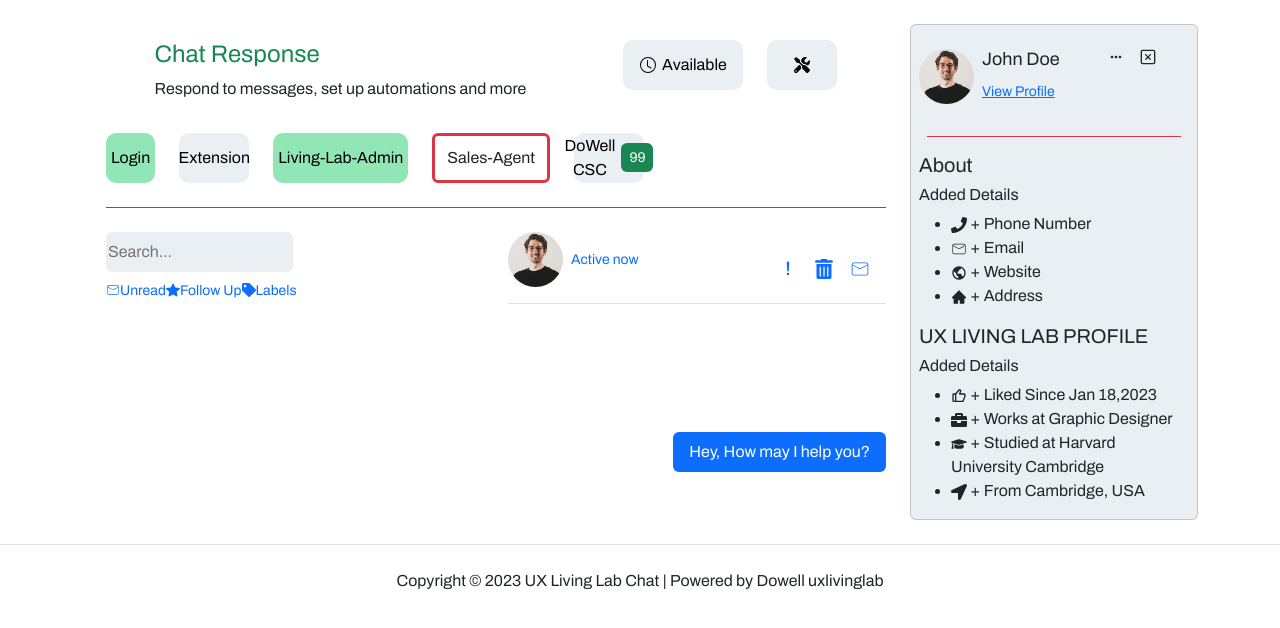
Repository: uh-sman/UX-Living-Lab-Chat
Page: /
An editor plug-in stored every save of this project. The page is shown before and after the next save, followed by the edit.
The browser window is 1280 px wide. The pictures show the whole page.
The project was rebuilt for these pictures with package versions that can differ from the ones it lists, and the page was loaded fresh each time.

Above is the page before, as saved 2023-05-10 18:53:34.

### public/index.html
<!DOCTYPE html>
<html lang="en">
  <head>
    <meta charset="utf-8" />
    <link rel="icon" href="%PUBLIC_URL%/favicon.ico" />
    <meta name="viewport" content="width=device-width, initial-scale=1" />
    <meta name="theme-color" content="#000000" />
    <meta
      name="description"
      content="Web site created using create-react-app"
    />
    <link rel="apple-touch-icon" href="%PUBLIC_URL%/logo192.png" />
    <!--
      manifest.json provides metadata used when your web app is installed on a
      user's mobile device or desktop. See https://developers.google.com/web/fundamentals/web-app-manifest/
    -->
    <link rel="manifest" href="%PUBLIC_URL%/manifest.json" />
    <!-- font awsome CDN -->

    <link
      rel="stylesheet"
      href="https://cdn.jsdelivr.net/npm/@fortawesome/fontawesome-free@6.2.1/css/fontawesome.min.css"
      integrity="sha384-QYIZto+st3yW+o8+5OHfT6S482Zsvz2WfOzpFSXMF9zqeLcFV0/wlZpMtyFcZALm"
      crossorigin="anonymous"
    />
    <!--
      Notice the use of %PUBLIC_URL% in the tags above.
      It will be replaced with the URL of the `public` folder during the build.
      Only files inside the `public` folder can be referenced from the HTML.

      Unlike "/favicon.ico" or "favicon.ico", "%PUBLIC_URL%/favicon.ico" will
      work correctly both with client-side routing and a non-root public URL.
      Learn how to configure a non-root public URL by running `npm run build`.
    -->
    <title>React App</title>
  </head>
  <body>
    <noscript>You need to enable JavaScript to run this app.</noscript>
    <div id="root"></div>
    <!--
      This HTML file is a template.
      If you open it directly in the browser, you will see an empty page.

      You can add webfonts, meta tags, or analytics to this file.
      The build step will place the bundled scripts into the <body> tag.

      To begin the development, run `npm start` or `yarn start`.
      To create a production bundle, use `npm run build` or `yarn build`.
    -->
  </body>
</html>

### src/index.css
* {
  text-decoration: none;
}

### src/App.js
import "./App.css";
import "bootstrap/dist/css/bootstrap.min.css";
import "bootstrap/dist/js/bootstrap.bundle.min";
import Container from "./container";
import Footer from "./container/Footer";
function App() {
  return (
    <div className="App">
      <Container />
      <Footer />
    </div>
  );
}

export default App;

### src/App.css
@import url("https://fonts.googleapis.com/css2?family=Archivo&display=swap");
:root {
  --header-color: #0d7813;
  /* --button-color :#00000;
  --button-color :#90E7B5; */
  --bg-color: #e9eff3;
  /* #90E7B5 */

  --font: "Archivo", sans-serif;
}

* {
  text-decoration: none;
  /* list-style: none; */
  font-family: "Archivo", sans-serif;
}

.body {
  font-family: "Archivo", sans-serif;
}
.header {
  color: var(--header-color);
  font-family: "Archivo", sans-serif;
}
.button {
  display: flex;
  align-items: center;
  background: var(--bg-color);
  justify-content: center;
  height: 50px;
  width: 120px;
  gap: 6px;
  border: none;
  border-radius: 10px;
}
.button2 {
  display: flex;
  align-items: center;
  background: var(--bg-color);
  justify-content: center;
  height: 50px;
  width: 70px;
  gap: 6px;
  border: none;
  border-radius: 10px;
}
.button3 {
  display: flex;
  align-items: center;
  background: #90e7b5;
  justify-content: center;
  height: 50px;
  max-width: contain;
  padding: 0px 5px;
  gap: 6px;
  border: none;
  border-radius: 10px;
}
.button4 {
  display: flex;
  align-items: center;
  background: #ff9898;
  justify-content: center;
  height: 50px;
  max-width: contain;
  padding: 0px 5px;
  gap: 6px;
  border: none;
  border-radius: 10px;
}
.image-style {
  width: 55px;
  height: 55px;
  border-radius: 500px;
}
.cardBody {
  background-color: var(--bg-color);
}
.input {
  border: var(--bg-color);
  /* align-items: ; */
  outline: none;
  background: var(--bg-color);
}

### src/container/index.js
import React from "react";
import ChatSection from "./ChatSection";
import DetailsSection from "./DetailsSection";
const Container = () => {
  return (
    <div className="container">
      <div className="d-flex justify-content-around my-4">
        <ChatSection />
        <div className="d-hidden d-md-block">
          <DetailsSection />
        </div>
      </div>
    </div>
  );
};

export default Container;

### src/container/Footer.jsx
import React from "react";

const Footer = () => {
  return (
    <div className=" border-top">
      <div className="d-flex justify-content-center my-4">
        <div className="d-flex align-items-center">
          <p>
            Copyright &copy; 2023 UX Living Lab Chat | Powered by Dowell
            uxlivinglab
          </p>
        </div>
      </div>
    </div>
  );
};

export default Footer;

### src/container/ChatSection.js
import React from "react";
import ChatHeader from "./ChatItems/ChatHeader";
import ProfileHead from "./Chats/message/ProfileHead";
import SearchBar from "./Chats/SearchBar";

const ChatSection = () => {
  return (
    <div className="container">
      <ChatHeader />
      {/* chats come here */}
      <div className="d-flex  flex-column flex-md-column flex-lg-row flex-xl-row flex-xxl-row my-2">
        <SearchBar />
        <ProfileHead />
      </div>
    </div>
  );
};

export default ChatSection;

### src/container/DetailsSection.jsx
import React from "react";
import user from "../assets/user.jpg";
import AboutDetails from "./Details/AboutDetails";
import DetailsSectionButton from "./DetailsSectionButton";
const DetailsSection = ({ title, about }) => {
  return (
    <div className="d-none d-md-block d-lg-block d-xl-block">
      <div
        className="card"
        style={{ width: "18rem", backgroundColor: "#e9eff3" }}
      >
        <div className="mx-2">
          <div className="d-flex gap-5 mt-4 ">
            <figure className="d-flex gap-2">
              <img src={user} className=" image-style" />
              <div className="">
                <h4 className="body fw-bold" style={{ fontSize: "18px" }}>
                  {title}
                </h4>
                <a href="" className="fw-bold" style={{ fontSize: "14px" }}>
                  View Profile
                </a>
              </div>
            </figure>
            <DetailsSectionButton />
          </div>
          <div className="border-bottom border-danger mx-2 my-3"></div>
          <div className=""></div>
          {/* DETAILS */}
          <AboutDetails />
        </div>
      </div>
    </div>
  );
};
DetailsSection.defaultProps = {
  title: "John Doe",
  about: "About",
};

export default DetailsSection;

### src/container/ChatItems/ChatHeader.jsx
import React from "react";
import Buttons from "./Buttons";
import HeaderButtons from "./HeaderButtons";

const ChatHeader = ({ title, caption }) => {
  return (
    <div className="container">
      <div className=" d-flex justify-content-around my-3">
        <header>
          <h1 className="header fs-4 fw-bold text-success">{title}</h1>
          <p className="fw-medium  Header-font">{caption}</p>
        </header>
        <HeaderButtons />
      </div>
      <Buttons />
      <div className="border-bottom border-success my-4"></div>
    </div>
  );
};

export default ChatHeader;
ChatHeader.defaultProps = {
  title: "Chat Response",
  caption: "Respond to messages, set up automations and more",
};

### src/container/Chats/message/ProfileHead.jsx
import React from "react";
import { FaTrashAlt } from "react-icons/fa";
import user from "../../../assets/user.jpg";
import ChatIcons from "./ChatIcons";
import Message from "./Message";
const ProfileHead = () => {
  return (
    <div className="container overflow-y-scroll">
      <div className="d-flex justify-content-between  align-items-center border-bottom">
        <figure className="d-flex gap-2 align-items-center">
          <img src={user} className=" image-style" />
          <div className="">
            {/* Status active now if true show active */}
            <small className="text-primary">Active now</small>
          </div>
        </figure>
        <ChatIcons />
      </div>
      <Message />
    </div>
  );
};

export default ProfileHead;

### src/container/Chats/SearchBar.jsx
import React from "react";
import { FaSearch } from "react-icons/fa";
import Icons from "./Icons";
// BsStarFill;
const SearchBar = () => {
  return (
    <div className="container">
      <div className="overflow-y-scroll">
        <form>
          <input
            className="input rounded bi bi-search py-2"
            placeholder="Search..."
          />
          {/* <i className="bi bi-search"></i> */}
        </form>
        <Icons />
      </div>
    </div>
  );
};

export default SearchBar;

### src/container/Details/AboutDetails.jsx
import React from "react";
import {
  FaPhone,
  FaBriefcase,
  FaGraduationCap,
  FaLocationArrow,
} from "react-icons/fa";
import { CiMail } from "react-icons/ci";
import { BiWorld, BiLike } from "react-icons/bi";
import { AiFillHome } from "react-icons/ai";
const AboutDetails = ({ title, ux }) => {
  const data = [
    {
      phone: "Phone Number",
      email: "Email",
      web: "Website",
    },
  ];
  return (
    <div>
      <div className="">
        <h5>{title}</h5>
        <main>
          <h6>Added Details</h6>
          <div className="">
            <ul>
              <li>
                <FaPhone /> + Phone Number
              </li>
              <li>
                <CiMail /> + Email
              </li>
              <li>
                <BiWorld /> + Website
              </li>
              <li>
                <AiFillHome /> + Address
              </li>
            </ul>
          </div>
        </main>
      </div>
      <div className="">
        <h5>{ux}</h5>
        <main>
          <h6>Added Details</h6>
          <div className="">
            <ul>
              <li>
                <BiLike /> + Liked Since Jan 18,2023
                {/* date from the api */}
              </li>
              <li>
                <FaBriefcase /> + Works at Graphic Designer
              </li>
              <li>
                <FaGraduationCap /> + Studied at Harvard University Cambridge
                {/* Place of work from the api */}
              </li>
              <li>
                <FaLocationArrow /> + From Cambridge, USA
              </li>
            </ul>
          </div>
        </main>
      </div>
    </div>
  );
};

export default AboutDetails;

AboutDetails.defaultProps = {
  title: "About",
  ux: "UX LIVING LAB PROFILE",
};

### src/container/DetailsSectionButton.jsx
import React from "react";
import { MdOutlineMoreHoriz } from "react-icons/md";
import { CgCloseR } from "react-icons/cg";
const DetailsSectionButton = () => {
  return (
    <div>
      <div className="d-flex gap-3">
        <MdOutlineMoreHoriz />
        <CgCloseR />
      </div>
    </div>
  );
};

export default DetailsSectionButton;

### src/container/ChatItems/Buttons.jsx
import React from "react";

const Buttons = () => {
  return (
    <div className="d-flex gap-4 overflow-x-auto">
      <button type="button" className=" button3">
        Login
      </button>
      <button type="button" className=" button2">
        Extension
      </button>
      <button type="button" className=" button3">
        Living-Lab-Admin
      </button>
      <button type="button" className="btn border-danger border-3">
        Sales-Agent
      </button>
      <button type="button" className="button2">
        DoWell CSC
        <small className="bg-success text-white px-2 py-1 rounded">
          {"99"}
        </small>
      </button>
    </div>
  );
};

export default Buttons;

### src/container/ChatItems/HeaderButtons.jsx
import React from "react";
import { BsClock } from "react-icons/bs";
import { FaTools } from "react-icons/fa";
const HeaderButtons = () => {
  return (
    <div className="d-flex gap-4">
      <button type="button" className="button">
        <BsClock className="" />
        Available
      </button>
      <button type="button" className="button2">
        <FaTools />
      </button>
    </div>
  );
};

export default HeaderButtons;

### src/container/Chats/message/ChatIcons.jsx
import React from "react";
import { FaTrashAlt } from "react-icons/fa";
import { BsExclamationLg } from "react-icons/bs";
import { CiMail } from "react-icons/ci";
const ChatIcons = () => {
  return (
    <div className="mx-3">
      <div className="d-flex gap-3">
        <small className="text-primary fs-5"></small>
        <small className="text-primary fs-5">
          <BsExclamationLg />
        </small>
        <small className="text-primary fs-5">
          <FaTrashAlt />
        </small>

        <small className="text-primary fs-5">
          <CiMail />
        </small>
      </div>
    </div>
  );
};

export default ChatIcons;

### src/container/Chats/message/Message.jsx
import React, { useState } from "react";

const Message = () => {
  const [message, setMessage] = useState(true);
  return (
    <div className="">
      <div className="d-flex justify-content-end ">
        {message ? (
          <div
            className="bg-primary text-white rounded d-flex align-items-center align-self-end"
            style={{
              width: "auto",
              height: "40px",
              listStyle: "none",
              marginTop: "8rem",
            }}
          >
            <li className="mx-3">Hey, How may I help you? </li>
          </div>
        ) : null}
      </div>
    </div>
  );
};

export default Message;

### src/container/Chats/Icons.jsx
import React from "react";
import { CiMail } from "react-icons/ci";
import { BsStarFill } from "react-icons/bs";
import { FaTag } from "react-icons/fa";
const Icons = () => {
  return (
    <div>
      <div className="d-flex text-primary my-2">
        <small className="d-flex align-items-center">
          <CiMail /> Unread
        </small>
        <small className="d-flex align-items-center">
          <BsStarFill /> Follow Up
        </small>
        <small className="d-flex align-items-center">
          <FaTag />
          Labels
        </small>
      </div>
    </div>
  );
};

export default Icons;

Loaded but not shown: src/index.js (common file)

After the next save:
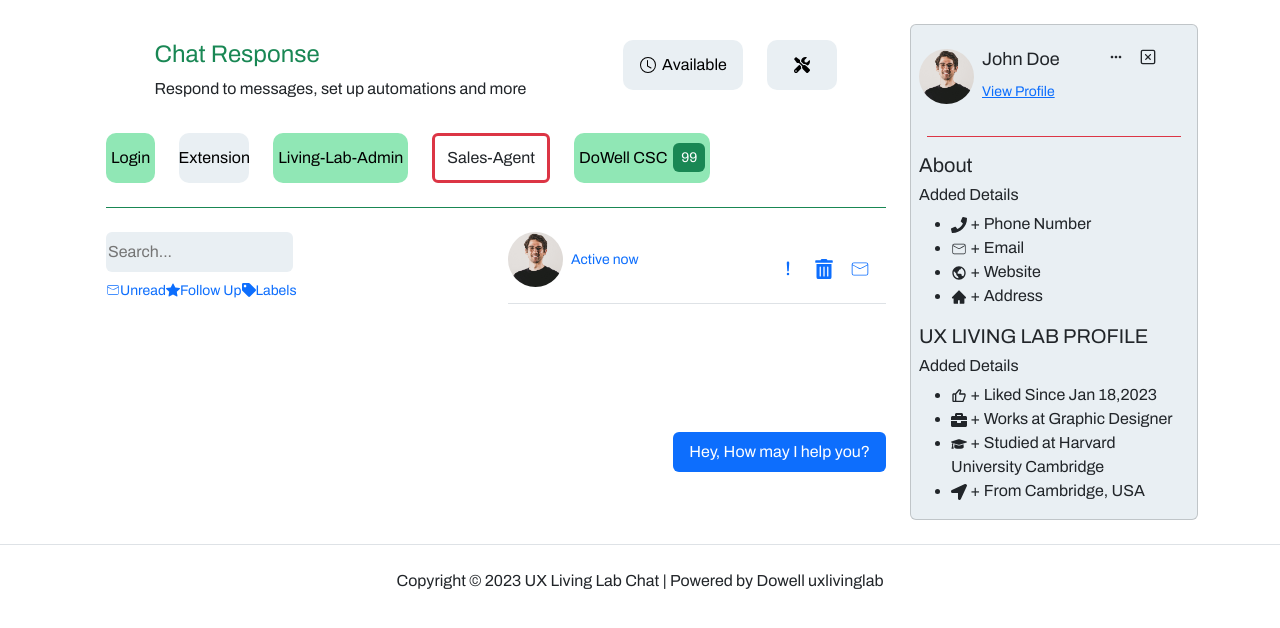
Saved 24 s later.
--- a/src/container/ChatItems/Buttons.jsx
+++ b/src/container/ChatItems/Buttons.jsx
@@ -15,7 +15,7 @@ const Buttons = () => {
       <button type="button" className="btn border-danger border-3">
         Sales-Agent
       </button>
-      <button type="button" className="button2">
+      <button type="button" className="button3">
         DoWell CSC
         <small className="bg-success text-white px-2 py-1 rounded">
           {"99"}
